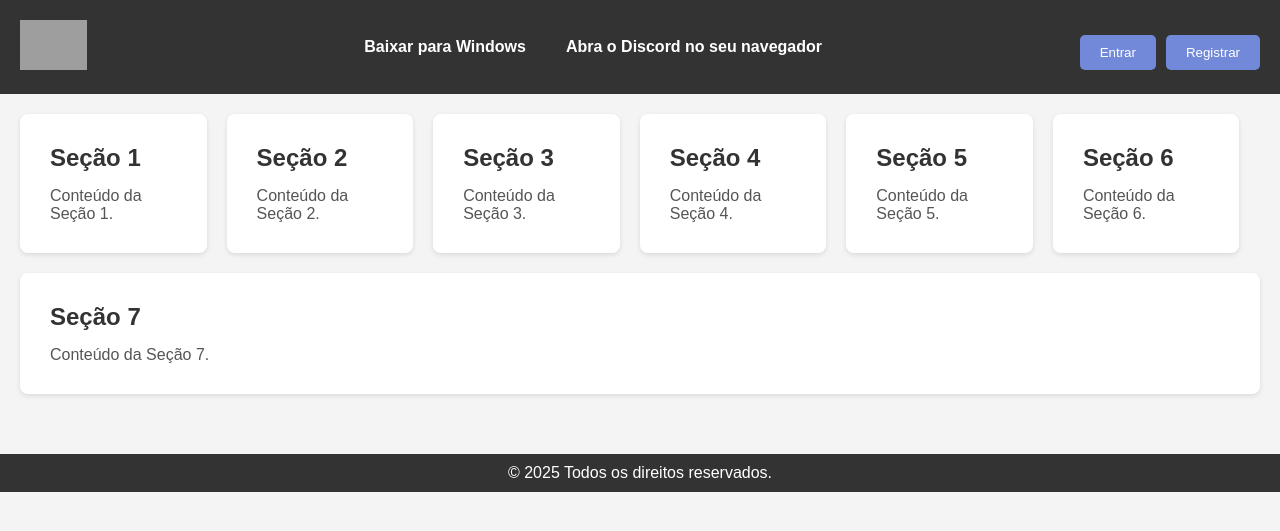
Repository: gustavotwist/projeto-discord
Page: index.html
These files come from the project's save history. The page is drawn as it stood at one moment and after the next save; the edit follows.
The browser window is 1280 px wide. The pictures show the whole page.
Pictures or frames that could not be fetched are drawn as grey boxes.

Above is the page before, as saved 2025-03-09 17:47:13.

After the next save:
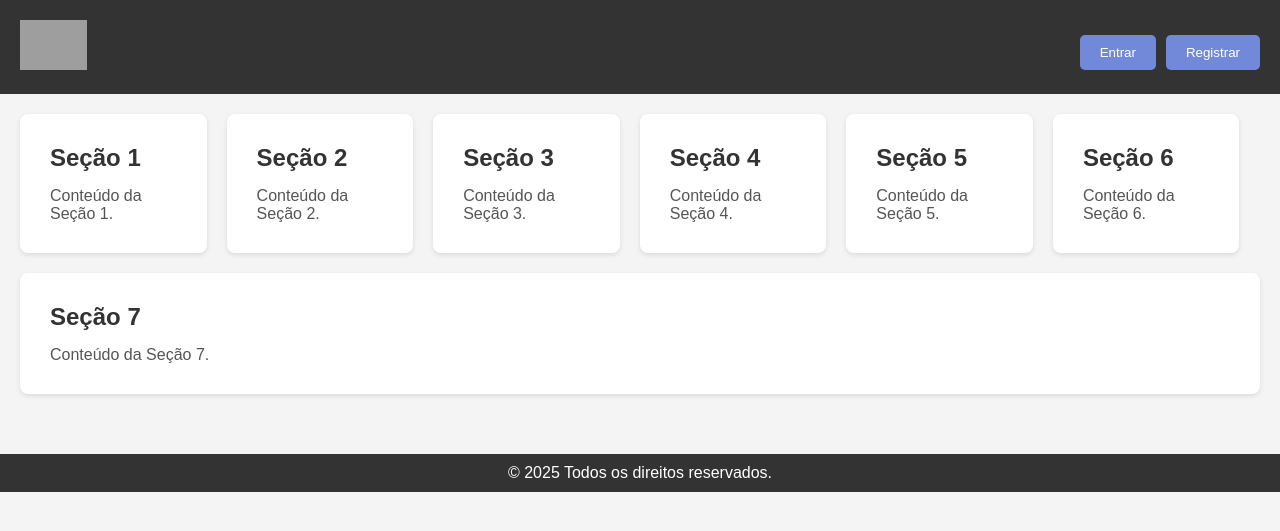
Saved 9 s later.
--- a/index.html
+++ b/index.html
@@ -12,12 +12,6 @@
         <div class="logo">
             <img src="logo.png" alt="Logo">
         </div>
-        <nav>
-            <ul>
-                <li><a href="#section1">Baixar para Windows</a></li>
-                <li><a href="#section2">Abra o Discord no seu navegador</a></li>
-            </ul>
-        </nav>
         <div class="header-buttons">
             <button class="btn login-btn">Entrar</button>
             <button class="btn signup-btn">Registrar</button>
